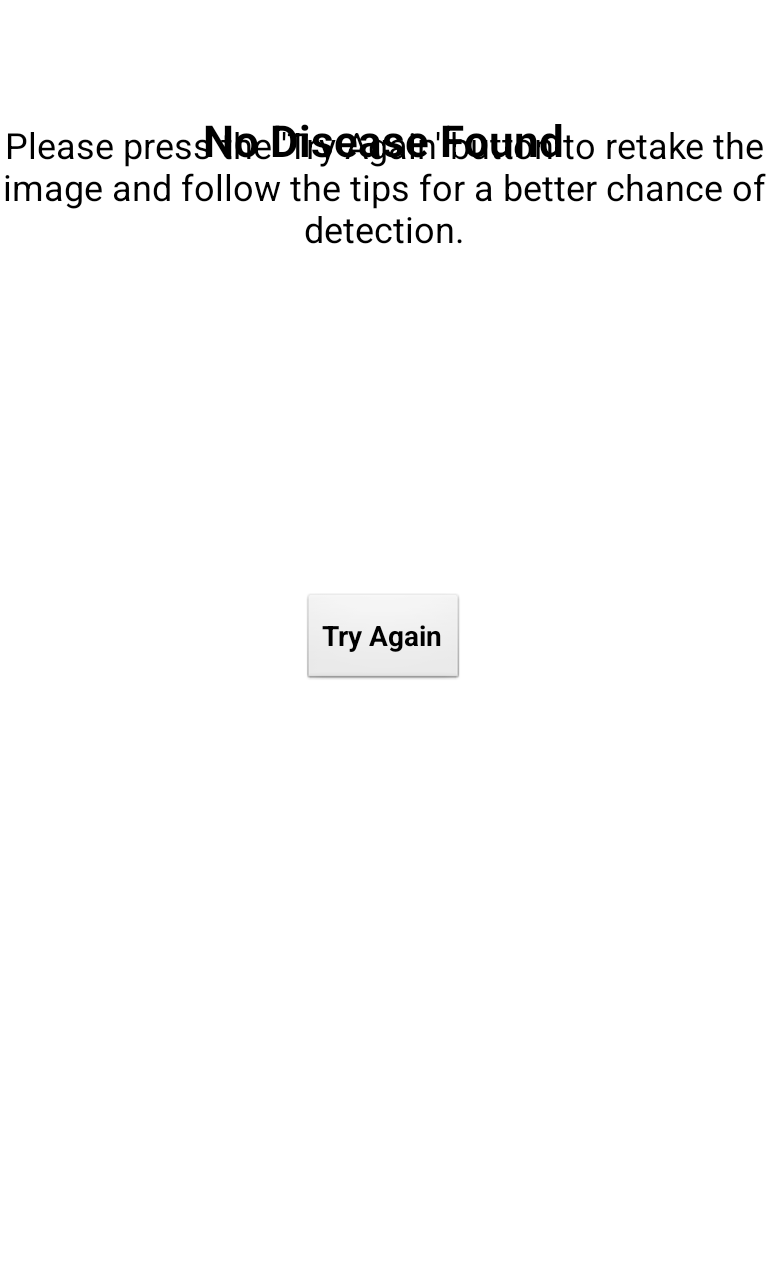
Repository: cephas-digital/phytosenseit
Layout: Eclipse Project /phyto_sense_it/res/layout/noresults.xml
An editor plug-in stored every save of this project. The layout is shown before and after the next save, followed by the edit.
It is drawn on a 768 x 1280 px phone screen (xhdpi) without system bars, with theme android:Theme.NoTitleBar.Fullscreen; the app's code is not run.

Above is the layout before, as saved 2015-07-27 23:35:55.

After the next save:
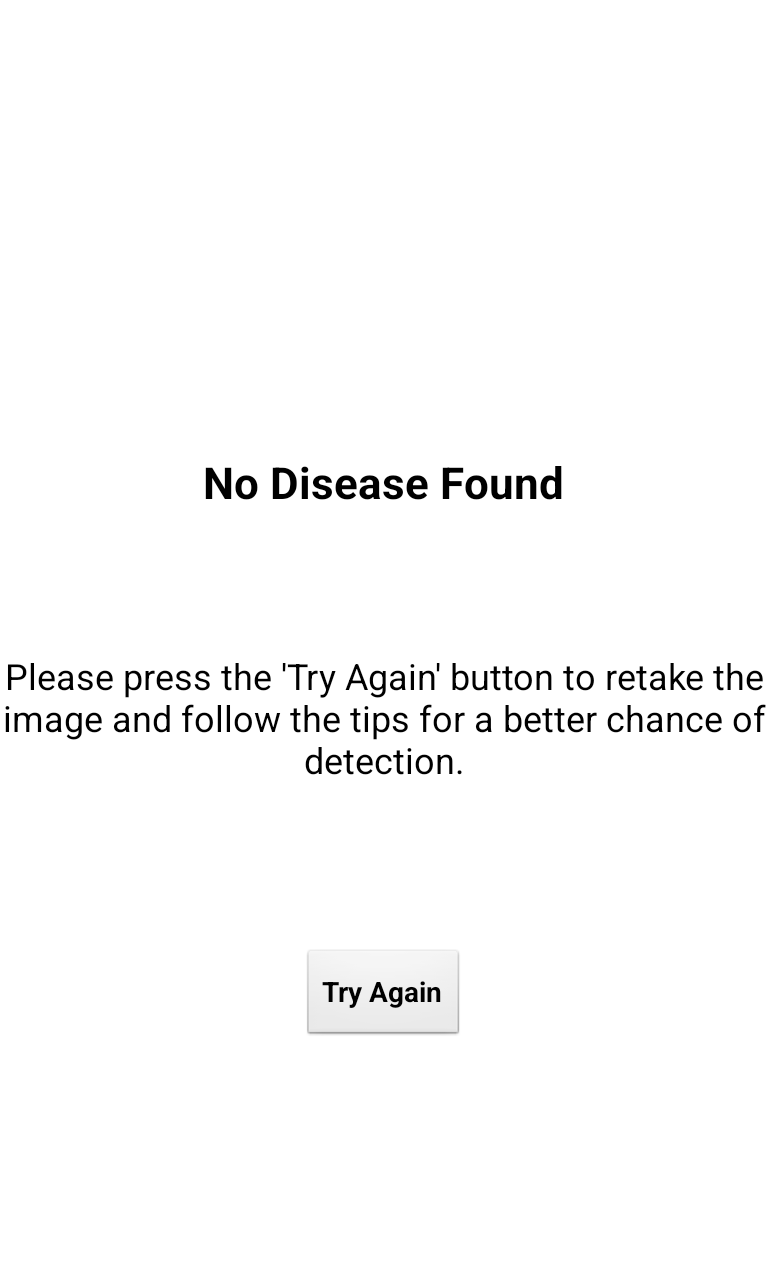
Saved 113 s later.
--- a/Eclipse Project /phyto_sense_it/res/layout/noresults.xml
+++ b/Eclipse Project /phyto_sense_it/res/layout/noresults.xml
@@ -2,39 +2,42 @@
 <RelativeLayout xmlns:android="http://schemas.android.com/apk/res/android"
     android:layout_width="match_parent"
     android:layout_height="match_parent"
-    android:layout_weight="1"
+    android:orientation="vertical"
     android:background="#FFFFFF"
-    android:orientation="vertical" >
+    android:layout_weight="1" >
+
+    <TextView
+        android:id="@+id/body"
+        android:layout_width="wrap_content"
+        android:layout_height="wrap_content"
+        android:layout_above="@+id/button"
+        android:layout_alignParentLeft="true"
+        android:layout_marginBottom="82dp"
+        android:gravity="center"
+        android:textColor="#000000"
+        android:text="Please press the &apos;Try Again&apos; button to retake the image and follow the tips for a better chance of detection."
+        android:textAppearance="?android:attr/textAppearanceMedium" />
+
+    <Button
+        android:id="@+id/button"
+        android:layout_width="wrap_content"
+        android:layout_height="wrap_content"
+        android:layout_alignParentBottom="true"
+        android:layout_centerHorizontal="true"
+        android:layout_marginBottom="118dp"
+        android:text="Try Again"
+        android:textStyle="bold" />
 
     <TextView
         android:id="@+id/header"
         android:layout_width="wrap_content"
         android:layout_height="wrap_content"
-        android:layout_alignParentTop="true"
+        android:layout_above="@+id/body"
         android:layout_centerHorizontal="true"
-        android:layout_marginTop="55dp"
+        android:layout_marginBottom="70dp"
         android:text="No Disease Found"
         android:textAppearance="?android:attr/textAppearanceLarge"
         android:textColor="#000000"
         android:textStyle="bold" />
 
-    <TextView
-        android:id="@+id/body"
-        android:layout_width="wrap_content"
-        android:layout_height="wrap_content"
-        android:layout_marginTop="60dp"
-        android:gravity="center"
-        android:text="Please press the &apos;Try Again&apos; button to retake the image and follow the tips for a better chance of detection."
-        android:textAppearance="?android:attr/textAppearanceMedium"
-        android:textColor="#000000" />
-
-    <Button
-        android:id="@+id/button"
-        android:layout_width="wrap_content"
-        android:layout_height="wrap_content"
-        android:layout_centerHorizontal="true"
-        android:layout_centerVertical="true"
-        android:text="Try Again"
-        android:textStyle="bold" />
-
 </RelativeLayout>
